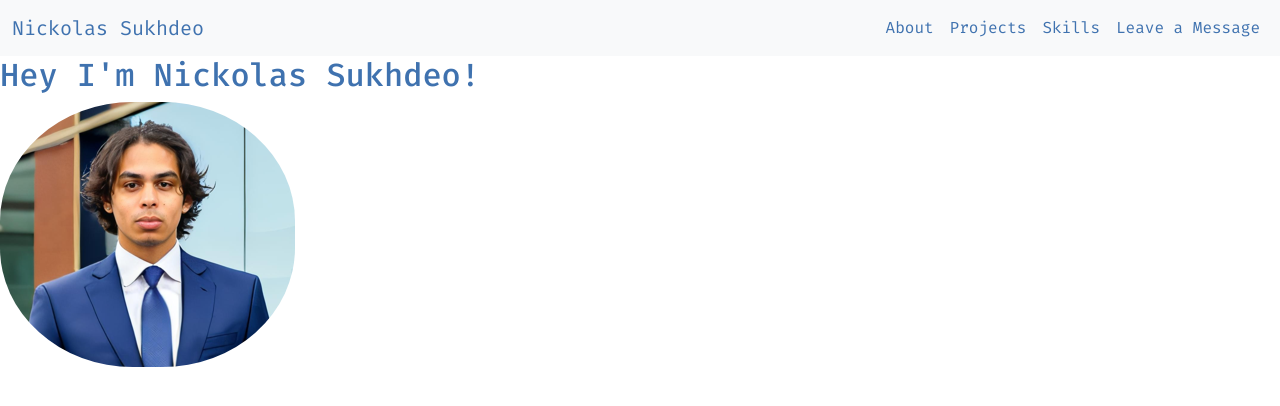
Repository: nlsukhde/porfolio
Page: index.html
An editor plug-in stored every save of this project. The page is shown before and after the next save, followed by the edit.
The browser window is 1280 px wide. The pictures show the whole page.

Above is the page before, as saved 2025-06-19 17:38:38.

After the next save:
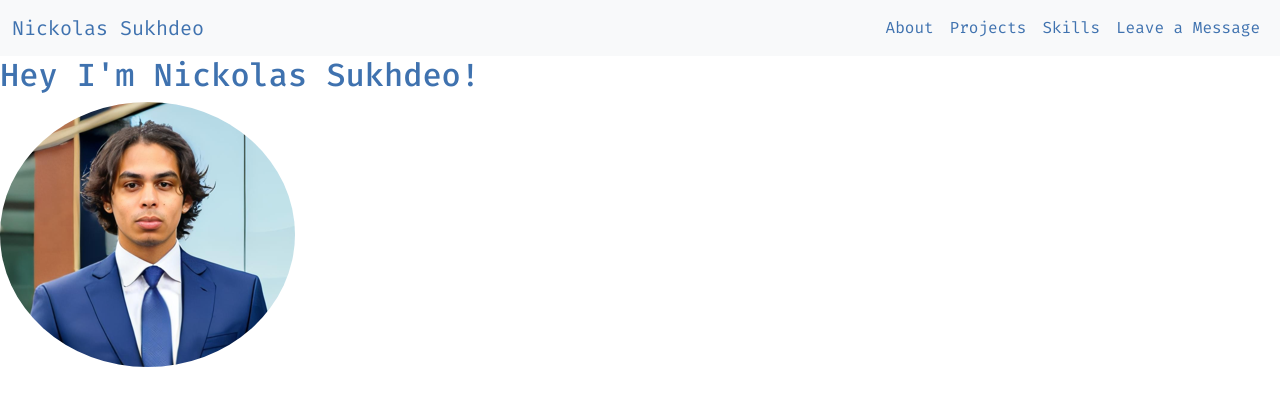
Saved 4 s later.
--- a/app.css
+++ b/app.css
@@ -22,7 +22,7 @@
 }
 
 img{
-    border-radius: 45%;
+    border-radius: 50%;
 
 
 }
